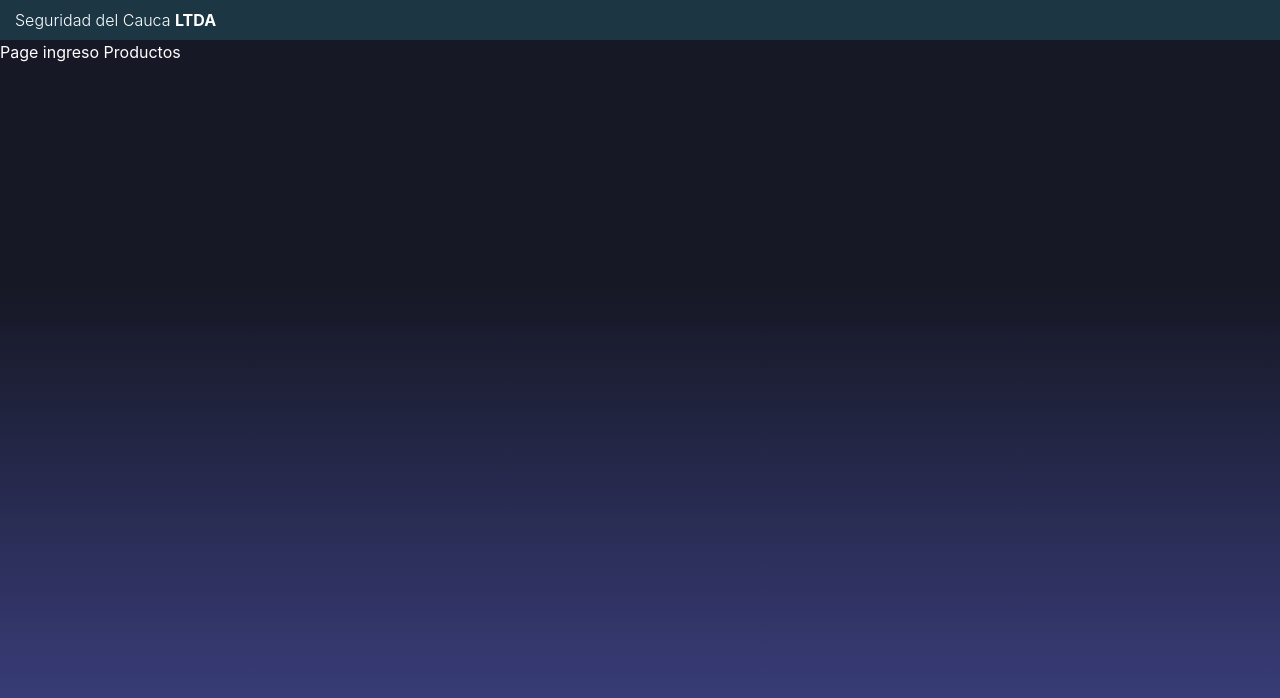
Repository: CristianPalta1/pages_react
Page: /Dashboard/Ingreso_Documentos
An editor plug-in stored every save of this project. The page is shown before and after a run of saves, followed by the edit.
The browser window is 1280 px wide. The pictures show the whole page.
The project was rebuilt for these pictures with package versions that can differ from the ones it lists, and the page was loaded fresh each time. Also part of the build but not shown: src/pages/styles/Home.css, src/components/Forms.jsx, src/pages/Inicio.jsx, src/components/Container.jsx, src/pages/Dashboard.jsx, src/pages/NotifiDoc.jsx, src/pages/styles/Badges.css, src/components/Registros.jsx and 8 more.

Above is the page before, as saved 2019-08-29 08:40:17.

### src/index.js
import React from 'react';
import ReactDOM from 'react-dom';
import './index.css';
import 'bootstrap/dist/css/bootstrap.css'

import App from './components/App';
import * as serviceWorker from './serviceWorker';

ReactDOM.render(<App />, document.getElementById('root'));



// If you want your app to work offline and load faster, you can change
// unregister() to register() below. Note this comes with some pitfalls.
// Learn more about service workers: https://bit.ly/CRA-PWA
serviceWorker.unregister();

### src/index.css
body {
  margin: 0;
  font-family: -apple-system, BlinkMacSystemFont, "Segoe UI", "Roboto", "Oxygen",
    "Ubuntu", "Cantarell", "Fira Sans", "Droid Sans", "Helvetica Neue",
    sans-serif;
  -webkit-font-smoothing: antialiased;
  -moz-osx-font-smoothing: grayscale;
}

code {
  font-family: source-code-pro, Menlo, Monaco, Consolas, "Courier New",
    monospace;
}


@import url('https://fonts.googleapis.com/css?family=Lato:300,400,700');
@import url('https://fonts.googleapis.com/css?family=Anton');


* {
  -webkit-font-smoothing: antialiased;
  -moz-osx-font-smoothing: grayscale;
}

body {
  font-family: 'Lato', 'Helvetica Neue', sans-serif;
  background-color: #F4F4F7;
}

h1 {
  font-family: 'Anton', sans-serif;
}

a.link-unstyled {
  color: inherit;
}

a.link-unstyled:hover {
  color: inherit;
  text-decoration: none;
}

.btn {
  padding: 0.375rem 2rem;
}

.btn.btn-primary {
  color: #fff;
  background-color: #7DCD40;
  border-color: #7DCD40;
}

.btn.btn-primary:not(:disabled):not(.disabled):hover {
  color: #fff;
  background-color: #7DCD40;
  border-color: #7DCD40;
}

.btn.btn-primary:not(:disabled):not(.disabled):active {
  color: #fff;
  background-color: #7DCD40;
  border-color: #7DCD40;
}

.btn.btn-primary:not(:disabled):not(.disabled):focus {
  box-shadow: 0 0 0 0.2rem rgba(125, 205, 64, 0.5);
}

.btn.btn-danger {
  color: #fff;
  background-color: #CD4040;
  border-color: #CD4040;
}

.btn.btn-danger:not(:disabled):not(.disabled):hover {
  color: #fff;
  background-color: #CD4040;
  border-color: #CD4040;
}

.btn.btn-danger:not(:disabled):not(.disabled):active {
  color: #fff;
  background-color: #CD4040;
  border-color: #CD4040;
}

.btn.btn-danger:not(:disabled):not(.disabled):focus {
  box-shadow: 0 0 0 0.2rem rgba(255, 64, 64, 0.5);
}

### src/components/App.js


import React from 'react';
import { BrowserRouter, Switch, Route } from 'react-router-dom';

// import logo from './logo.svg';
// import './App.css';
// import Navbar from "./Navbar";
// import Carousel from './Carousel';
// import Badge from './Badge';
// import Forms from './Forms';
import Layout from './Layout';
import Inicio from '../pages/Inicio';
import Dashboard from '../pages/Dashboard';
import IngresoDoc from '../pages/IngresoDoc';
import NotificDoc from '../pages/NotifiDoc';
import Registro from '../pages/Registro';
import Loader from '../pages/Loader'
import NotFound from '../pages/NotFound';

function App() {
  return (
    <BrowserRouter>
      <Layout>
        <Switch>
          <Route exact path="/" component={Inicio} />
          <Route exact path="/Dashboard" component={Dashboard} />
          <Route exact path="/Registro_Usuarios" component={Registro} />
          <Route exact path="/Dashboard/Ingreso_Documentos" component={IngresoDoc} />
          <Route exact path="/Dashboard/Notificacion_Documentos" component={NotificDoc} />
          <Route exact path="/Dashboard/Datos_Api" component={Loader} />
          <Route component={NotFound} />
        </Switch>
      </Layout>
    </BrowserRouter>

  );
}

export default App;

### src/pages/IngresoDoc.jsx
//Aqui mostrare el formulario

import React, { Component } from 'react';
// import Forms from './Forms';



class IngresoDoc extends Component {
    render() {
        return(
            <div>
                <p>Page ingreso Productos </p>
            </div>
        );
    }
};

export default IngresoDoc;

### src/components/Navbar.jsx
import React from 'react';
import { Link } from 'react-router-dom';
import './styles/Navbar.css';

// import './styles/Navbar.css';
// import logo from '../images/logo.svg';

class Navbar extends React.Component {
  render() {
    return (
      <div className="Navbar">
        <div className="container-fluid">
          <Link className="Navbar__brand" to="/">
            {/* <img className="Navbar__brand-logo" src={logo} alt="Logo" /> */}
            <span className="font-weight-light">Seguridad del Cauca</span> &nbsp;
            <span className="font-weight-bold"> LTDA</span>
          </Link>
        </div>
      </div>
    );
  }
}

export default Navbar;

### src/pages/styles/Api.css
* {
    box-sizing: border-box;
  }

  body {
    font-family: -apple-system, BlinkMacSystemFont, "Segoe UI", Roboto, Oxygen,
      Ubuntu, Cantarell, "Open Sans", "Helvetica Neue", sans-serif;
    color: white;
    background: rgb(22, 24, 38);
    background: linear-gradient(
      180deg,
      rgba(22, 24, 38, 1) 0%,
      rgba(22, 24, 38, 1) 40%,
      rgba(58, 62, 123, 1) 100%
    );
    background-repeat: no-repeat;
    min-height: 100vh;
  }

  .App {
    display: flex;
    flex-direction: column;
  }

  .Logo {
    align-self: center;
    max-width: 100%;
  }

  ul {
    list-style: none;
    padding-left: 0;
  }

  .container {
    width: 100%;
    max-width: 900px;
    margin: 0 auto;
  }

  .row {
    display: flex;
    flex-wrap: wrap;
  }

  .col-6 {
    padding-left: 0.5rem;
    padding-right: 0.5rem;
    flex-basis: 50%;
  }

  @media screen and (min-width: 600px) {
    .col-md-3 {
      padding-left: 0.5rem;
      padding-right: 0.5rem;
      flex-basis: 25%;
    }
  }

  .CharacterCard {
    width: 100%;
    height: 240px;
    background: white;
    background-size: cover;
    background-repeat: no-repeat;
    background-position: center;
    border-radius: 5px;
    overflow: hidden;
    margin-bottom: 1rem;
    position: relative;
  }

  .CharacterCard__name-container {
    color: white;
    position: absolute;
    bottom: 0;
    width: 100%;
    background-color: rgba(0, 0, 0, 0.7);
    padding: 1rem 0.5rem;
  }

  .text-truncate {
    text-overflow: ellipsis;
    white-space: nowrap;
    overflow: hidden;
  }

  .text-center {
    text-align: center;
  }

  button {
    background-color: #44c767;
    border-radius: 4px;
    border: 1px solid #18ab29;
    display: inline-block;
    cursor: pointer;
    color: #ffffff;
    font-size: 17px;
    padding: 16px 31px;
    text-decoration: none;
    text-shadow: 0px 1px 0px #2f6627;
  }

Loaded but not shown: public/index.html (common file); src/serviceWorker.js (common file); src/components/Layout.jsx (common file); src/components/styles/Navbar.css (common file)

After the next 2 saves:
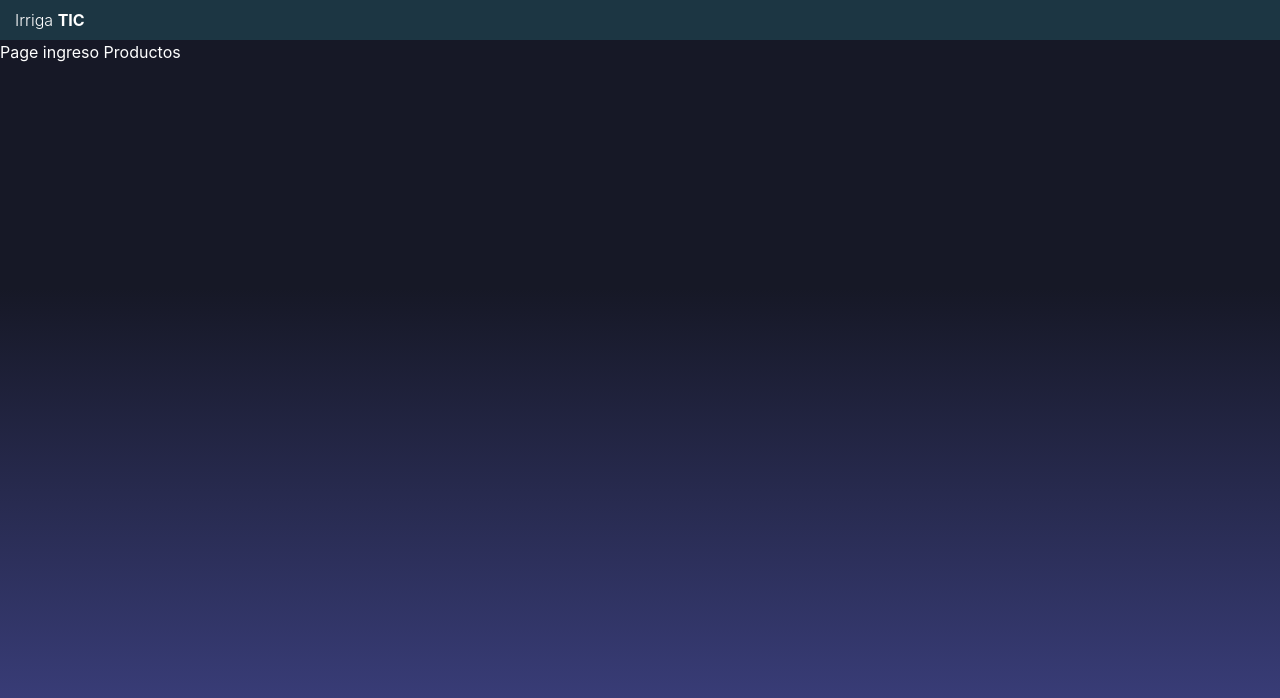
The 2 saves are shown as one change because they came seconds apart.
The last was saved 20 s later.
--- a/src/components/Navbar.jsx
+++ b/src/components/Navbar.jsx
@@ -12,8 +12,8 @@ class Navbar extends React.Component {
         <div className="container-fluid">
           <Link className="Navbar__brand" to="/">
             {/* <img className="Navbar__brand-logo" src={logo} alt="Logo" /> */}
-            <span className="font-weight-light">Seguridad del Cauca</span> &nbsp;
-            <span className="font-weight-bold"> LTDA</span>
+            <span className="font-weight-light">Irriga</span> &nbsp;
+            <span className="font-weight-bold"> TIC</span>
           </Link>
         </div>
       </div>
